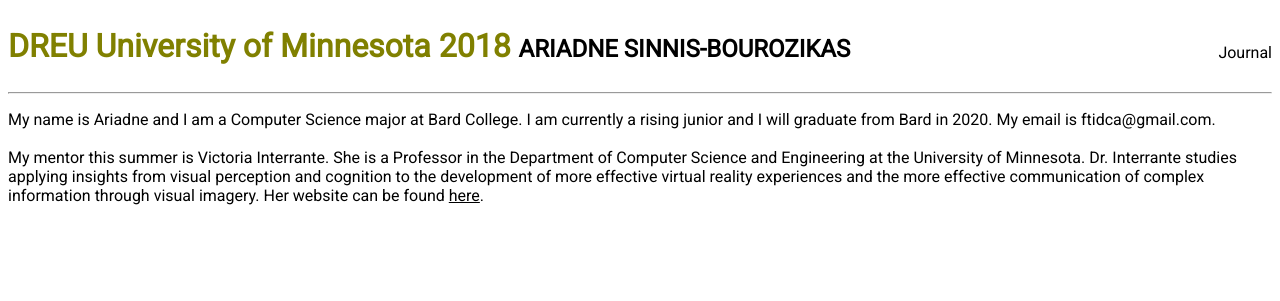
Repository: ariadnesb/dreu2018
Page: index.html
The author's editor kept a record of every edit. The page is drawn from the files as they stood at one moment, then again after the next edit.
The browser window is 1280 px wide. The pictures show the whole page.

Above is the page before.

### index.html
<!DOCTYPE html>
<html>
    <head>
        <title>It's me</title>
        <link rel="stylesheet" href="styles.css">
        <link href="https://fonts.googleapis.com/css?family=Roboto" rel="stylesheet">
    </head>

    <body>
        <div id="header">
            <br>
            <h1>DREU University of Minnesota 2018 </h1>
            <h2>ARIADNE SINNIS-BOUROZIKAS</h2>

            <ul class="nav-bar">
                <li><a href="./journal.html">Journal</a></li>
                <!-- <li><a href="/contact.html">Contact</a></li> -->
            </ul>
            <br><br><hr>
        </div>

        <div id= "paragraph">
             <p>


                My name is Ariadne and I am a Computer Science major at Bard College. I am currently
                a rising junior and I will graduate from Bard in 2020. My email is ftidca@gmail.com.
                <br><br>
                My mentor this summer is Victoria Interrante. She is a Professor in the Department
                of Computer Science and Engineering at the University of Minnesota. Dr. Interrante
                studies applying insights from visual perception and cognition to the development
                of more effective virtual reality experiences and the more effective communication
                of complex information through visual imagery. Her website can be found
                <span id="emb_link"><a href="http://www-users.cs.umn.edu/~interran/">here</a></span>.

            </p>
        </div>


        <!--- divs and spans can have 1 id but many classes

        <h2>Sub header</h2>
        <h6>smol</h6>

        <div id="custom-id">
            Div tag item
        </div>
        Non div tag item

        <br><br>
        <span class="custom-class">Hello</span> world
        -->


    </body>

</html>

### styles.css
html {
  /* everything that u put here will impact contents of <html>
  aka everything */
  font-family: 'Roboto', sans-serif;
  background-color: offwhite;

}

#custom-id {
    background-color: black;
    color: white;
}

.custom-class{
    color: blue;
    display: inline;

}

#name {
    color: #66D167;
}

#header h1 {
    display: inline;
    color: olive;
}

#header h2 {
    display: inline;
}

#header .nav-bar  {
    display: inline;
    float: right;
    list-style-type: none;
    /*margin: 0;*/
    padding: 0;

}

#header li {
    display: inline;
    padding: 0;
    background-color: none;
}

 a {
    text-decoration: none;
    display: inline;
    color: black;

}

 a:hover {
    background-color: olive;
    display: inline;
    color:white;
}

#emb_link {
    text-decoration: underline;
}

After the next edit:
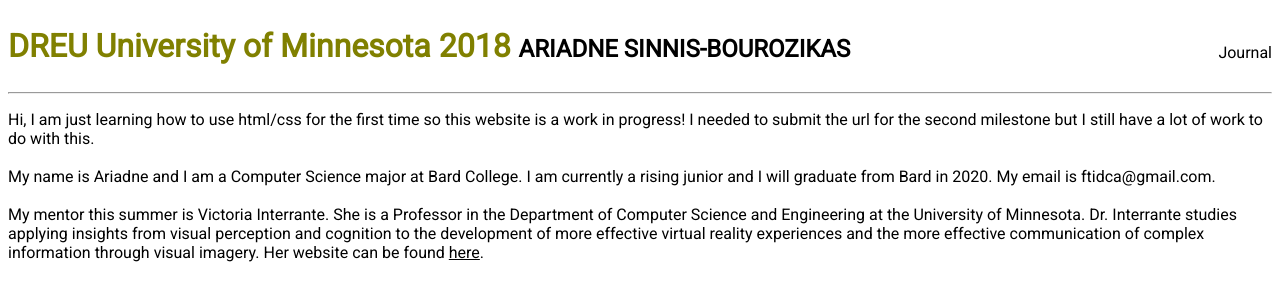
The edit:
--- a/index.html
+++ b/index.html
@@ -21,7 +21,9 @@
 
         <div id= "paragraph">
              <p>
-
+                Hi, I am just learning how to use html/css for the first time so this website is a
+                work in progress! I needed to submit the url for the second milestone but I still
+                have a lot of work to do with this. <br><br>
 
                 My name is Ariadne and I am a Computer Science major at Bard College. I am currently
                 a rising junior and I will graduate from Bard in 2020. My email is ftidca@gmail.com.
